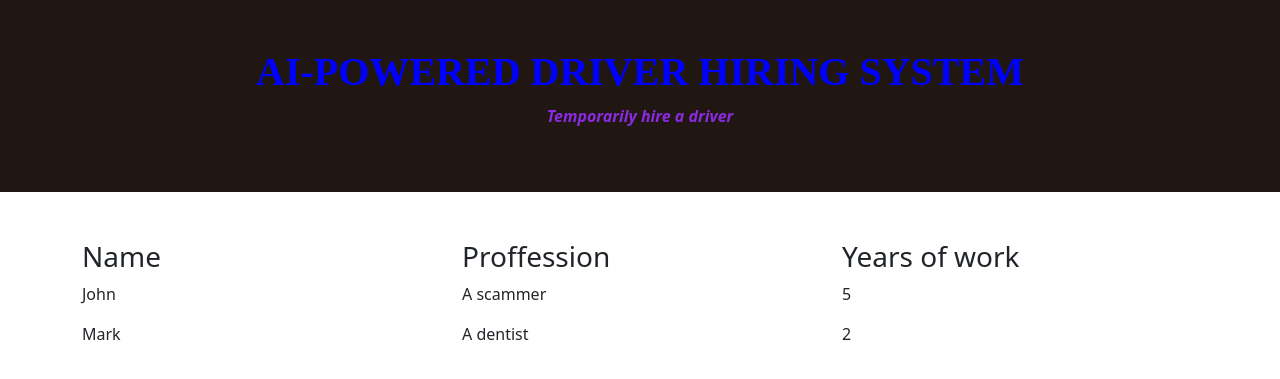
Repository: Wuda2000/AI-powered-Driver-hiring-system
Page: ONE.html
An editor plug-in stored every save of this project. The page is shown before and after a run of saves, followed by the edit.
The browser window is 1280 px wide. The pictures show the whole page.

Above is the page before, as saved 2024-12-23 22:35:28.

After the next 2 saves:
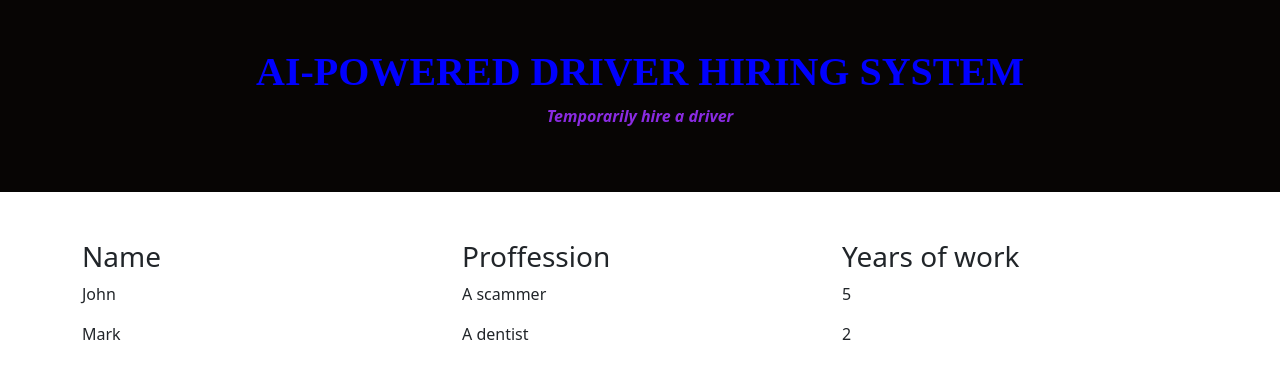
The 2 saves are shown as one change because they came seconds apart.
The last was saved 7 s later.
--- a/ONE.html
+++ b/ONE.html
@@ -10,7 +10,7 @@
 <body>
 
 
-    <div class="container-fluid p-5 text-white text-center" style="background-color:HSL(20 30% 10%);">
+    <div class="container-fluid p-5 text-white text-center" style="background-color:HSL(20 30% 2%);">
         <h1 style="color: blue; font-family:'Times New Roman', Times, serif; " ><b>AI-POWERED DRIVER HIRING SYSTEM</b></h1>
         <p style="color: blueviolet;font-style:italic;"><b>Temporarily hire a driver</b></p>
       </div>
